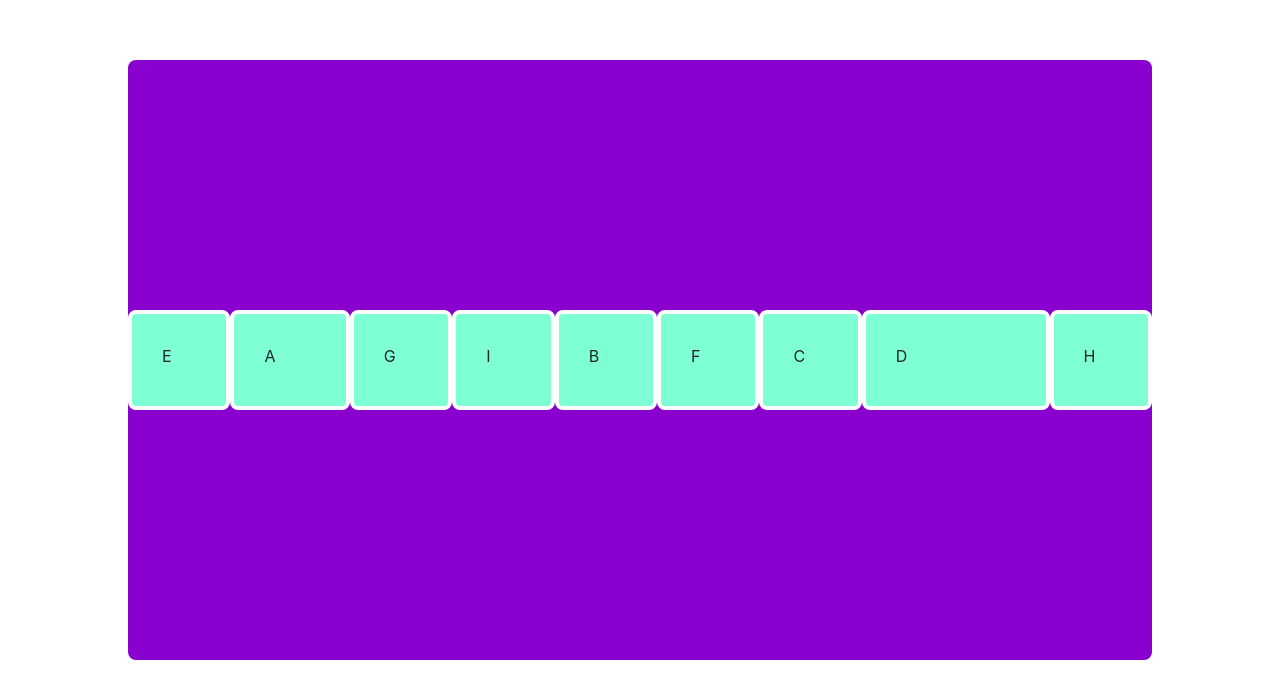
Repository: alessandradiamantino/Curso-Front-End-Design
Page: 1 - Introdução ao HTML e CSS/3 - Layouts, Grids e Flexbox/Bootstrap Grid system/index.html
An editor plug-in stored every save of this project. The page is shown before and after the next save, followed by the edit.
The browser window is 1280 px wide. The pictures show the whole page.

Above is the page before, as saved 2023-04-24 13:44:28.

After the next save:
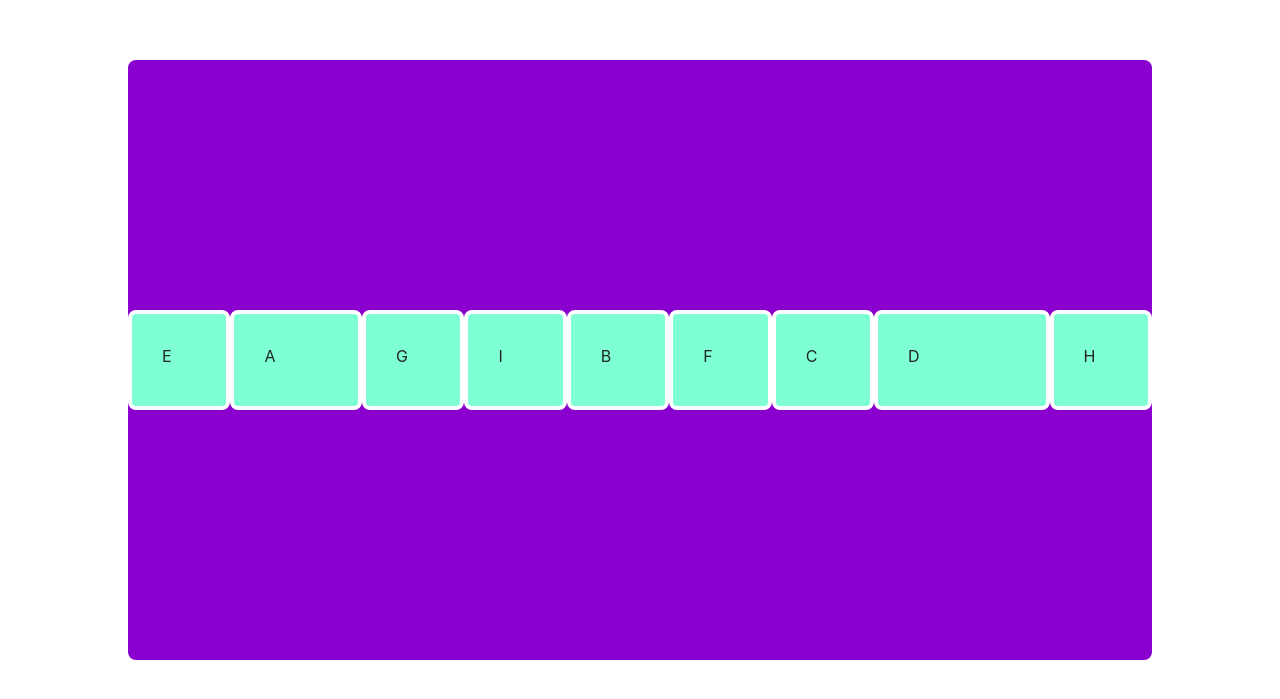
Saved 51 s later.
--- a/1 - Introdução ao HTML e CSS/3 - Layouts, Grids e Flexbox/Bootstrap Grid system/index.html
+++ b/1 - Introdução ao HTML e CSS/3 - Layouts, Grids e Flexbox/Bootstrap Grid system/index.html
@@ -20,7 +20,7 @@
    </div>
 -->
    <div class="my-container">
-    <div class="my-item order-1 grow-1" >
+    <div class="my-item order-1 grow-2" >
       A
     </div>
     <div class="my-item order-2" >
